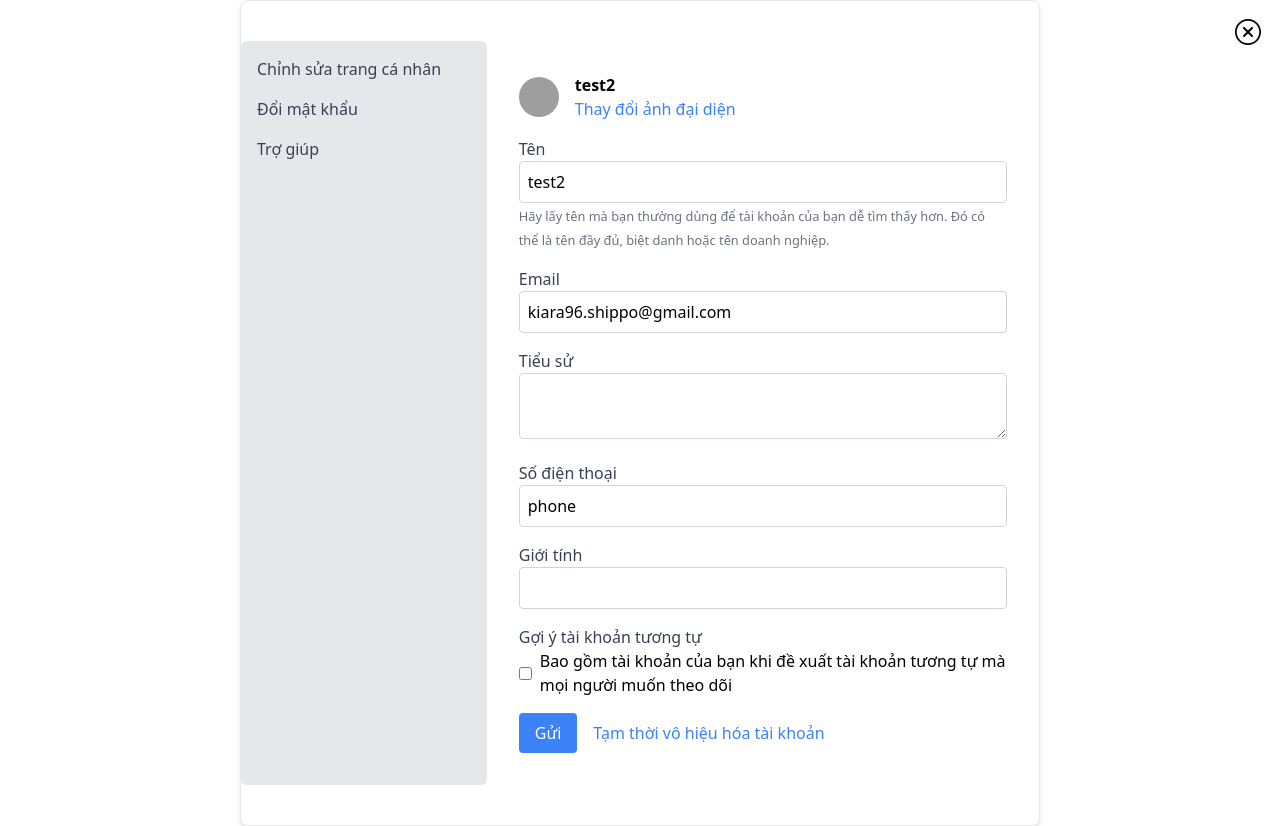
Repository: DangNgocDuong250903/2425_CS445AC_NHOM1
Page: /update_user (app in social_fe/)
The author's editor kept a copy of each file at every save. The page is drawn from the files as they stood at one save, then again after the next save.
The browser window is 1280 px wide. The pictures show the whole page.
Pictures or frames that could not be fetched are drawn as grey boxes. The project was rebuilt for these pictures with package versions that can differ from the ones it lists, and the page was loaded fresh each time. Also part of the build but not shown: social_fe/vite.config.js, social_fe/src/components/Button/index.jsx, social_fe/src/assets/index.js, social_fe/src/components/FriendCard/index.jsx, social_fe/src/components/Loading/index.jsx, social_fe/src/components/PostCard/index.jsx, social_fe/src/components/ProfileCard/index.jsx, social_fe/src/components/TextInput/index.jsx and 8 more.

Above is the page before, as saved 2024-11-05 11:03:07.

### social_fe/index.html
<!DOCTYPE html>
<html lang="en">
  <head>
    <meta charset="UTF-8" />
    <link rel="icon" type="image/svg+xml" href="/public/logo.svg" />
    <meta name="viewport" content="width=device-width, initial-scale=1.0" />
    <title>LinkVerse</title>
  </head>
  <body>
    <div id="root"></div>
    <script type="module" src="/src/main.jsx"></script>
  </body>
</html>

### social_fe/src/main.jsx
import { StrictMode } from "react";
import { createRoot } from "react-dom/client";
import App from "./App.jsx";
import "./index.css";
import { store } from "./redux/store.js";
import { Provider } from "react-redux";
import { BrowserRouter } from "react-router-dom";

createRoot(document.getElementById("root")).render(
  <StrictMode>
    <Provider store={store}>
      <BrowserRouter>
        <App />
      </BrowserRouter>
    </Provider>
  </StrictMode>,
);

### social_fe/src/App.jsx
import { Outlet, Navigate, Route, Routes, useLocation } from "react-router-dom";
import {
  Home,
  Profile,
  Register,
  Login,
  ResetPassword,
  NotFound,
} from "./pages";
import { useSelector } from "react-redux";
import UpdateUser from "./pages/ProfilePage/updateUser";

const Layout = () => {
  const { user } = useSelector((state) => state.user);
  const location = useLocation();

  return user?.token ? (
    <Outlet />
  ) : (
    <Navigate to="/login" state={{ from: location }} replace />
  );
};

function App() {
  const { theme } = useSelector((state) => state.theme);

  return (
    <div data-theme={theme} className="w-full min-h-[100vh]">
      <Routes>
        <Route element={<Layout />}>
          <Route path="/" element={<Home />} />
          <Route path="/profile" element={<Profile />} />
          <Route path="/update_user" element={<UpdateUser />} />


        </Route>

        <Route path="/register" element={<Register />} />
        <Route path="/login" element={<Login />} />
        <Route path="/reset-password" element={<ResetPassword />} />
        <Route path="*" element={<NotFound />} />
      </Routes>
    </div >
  );
}

export default App;

### social_fe/src/index.css
@tailwind base;
@tailwind components;
@tailwind utilities;

::-webkit-scrollbar {
    display: none;
     -ms-overflow-style: none;  /* IE and Edge */
    scrollbar-width: none;
  }

  .topbar{
  position: sticky;
  top: 0px;
  z-index: 49;
  }


  .dots-container {
    display: flex;
    align-items: center;
    justify-content: center;
    height: 100%;
    width: 100%;
    margin-bottom: 5px;
  }

  .dot {
    height: 12px;
    width: 12px;
    margin-right: 10px;
    border-radius: 10px;
    background-color: #fff;
    animation: pulse 1.5s infinite ease-in-out;
  }

  .dot:last-child {
    margin-right: 0;
  }

  .dot:nth-child(1) {
    animation-delay: -0.3s;
  }

  .dot:nth-child(2) {
    animation-delay: -0.1s;
  }

  .dot:nth-child(3) {
    animation-delay: 0.1s;
  }

  @keyframes pulse {
    0% {
      transform: scale(0.8);
      background-color: #b3d4fc;
      box-shadow: 0 0 0 0 rgba(178, 212, 252, 0.7);
    }

    50% {
      transform: scale(1.2);
      background-color: #4b79e4;
      box-shadow: 0 0 0 10px rgba(178, 212, 252, 0);
    }

    100% {
      transform: scale(0.8);
      background-color: #2584f8;
      box-shadow: 0 0 0 0 rgba(178, 212, 252, 0.7);
    }
  }

  @layer base {
    :root {
      --color-bg: 227 227 227;
      --color-primary: 255 255 255;
      --color-secondary:255 255 255;
      --color-ascent1: 0 0 0;
      --color-ascent2: 89 91 100;
      --color-blue: 6 90 216;
      --color-white: 255 255 255;

    }
    /* //15 23 42  21 30 49*/
    [data-theme="dark"] {
       --color-bg: 12 12 12;
       --color-primary: 31 31 31;
      --color-secondary: 47 45 48;
      --color-ascent1: 255 255 255;
      --color-ascent2: 164 161 162;
      --color-blue: 6 90 216;
      /* //16 176 255; */
      --color-white: 255 255 255;
    }
  }

### social_fe/src/redux/store.js
import { configureStore } from "@reduxjs/toolkit";

import { rootReducer } from "./reducer";

const store = configureStore({
  reducer: rootReducer,
});

const { dispatch } = store;

export { store, dispatch };

### social_fe/src/pages/index.js
import Home from "./HomePage";
import Login from "./LoginPage";
import NotFound from "./NotFoundPage";
import Profile from "./ProfilePage";
import Register from "./RegisterPage";
import ResetPassword from "./ResetPasswordPage";

export { Home, Login, NotFound, Profile, Register, ResetPassword };

### social_fe/src/pages/ProfilePage/updateUser.jsx
import React, { useState } from 'react';
import { Link, useNavigate } from 'react-router-dom';
import { IoIosCloseCircleOutline } from "react-icons/io";

const UpdateUser = () => {
    const [selectedLink, setSelectedLink] = useState(null);
    const navigate = useNavigate()
    const handleLinkClick = (linkIndex) => {
        setSelectedLink(linkIndex);
    };
    return (
        <div className="flex w-[800px] mx-auto pt-10 pb-10 border border-gray-200 shadow-md rounded-lg ">
            <IoIosCloseCircleOutline onClick={() => navigate("/")} className="absolute w-8 h-8 cursor-pointer top-4 right-4 hover:text-red-400 " />
            <div className="w-1/3 p-4 bg-gray-200 rounded-md">
                <ul className="flex flex-col">

                    <Link
                        href="#"
                        onClick={() => handleLinkClick(1)}
                        className={`mb-4 font-medium ${selectedLink === 1 ? 'text-blue-500' : 'text-gray-700'}`}
                    >
                        Chỉnh sửa trang cá nhân
                    </Link>


                    <Link
                        href="#"
                        onClick={() => handleLinkClick(2)}
                        className={`mb-4 font-medium ${selectedLink === 2 ? 'text-blue-500' : 'text-gray-700'}`}
                    >
                        Đổi mật khẩu
                    </Link>


                    <Link
                        href="#"
                        onClick={() => handleLinkClick(3)}
                        className={`mb-4 font-medium ${selectedLink === 3 ? 'text-blue-500' : 'text-gray-700'}`}
                    >
                        Trợ giúp
                    </Link>
                </ul>
            </div>
            <div className="w-3/4 p-8">
                <div className="flex items-center mb-4">
                    <img src="https://mighty.tools/mockmind-api/content/human/5.jpg" alt="User avatar" className="w-10 h-10 mr-4 rounded-full" />
                    <div>
                        <div className="font-bold">test2</div>
                        <a href="#" className="text-blue-500">Thay đổi ảnh đại diện</a>
                    </div>
                </div>
                <form>
                    <div className="mb-4">
                        <label className="block text-gray-700">Tên</label>
                        <input type="text" value="test2" className="w-full p-2 border border-gray-300 rounded" />
                        <small className="text-gray-500">Hãy lấy tên mà bạn thường dùng để tài khoản của bạn dễ tìm thấy hơn. Đó có thể là tên đầy đủ, biệt danh hoặc tên doanh nghiệp.</small>
                    </div>
                    <div className="mb-4">
                        <label className="block text-gray-700">Email</label>
                        <input type="email" value="kiara96.shippo@gmail.com" className="w-full p-2 border border-gray-300 rounded" />
                    </div>
                    <div className="mb-4">
                        <label className="block text-gray-700">Tiểu sử</label>
                        <textarea className="w-full p-2 border border-gray-300 rounded"></textarea>
                    </div>
                    <div className="mb-4">
                        <label className="block text-gray-700">Số điện thoại</label>
                        <input type="text" value="phone" className="w-full p-2 border border-gray-300 rounded" />
                    </div>
                    <div className="mb-4">
                        <label className="block text-gray-700">Giới tính</label>
                        <input type="text" className="w-full p-2 border border-gray-300 rounded" />
                    </div>
                    <div className="mb-4">
                        <label className="block text-gray-700">Gợi ý tài khoản tương tự</label>
                        <div className="flex items-center">
                            <input type="checkbox" className="mr-2" />
                            <span>Bao gồm tài khoản của bạn khi đề xuất tài khoản tương tự mà mọi người muốn theo dõi</span>
                        </div>
                    </div>
                    <div className="flex items-center">
                        <button type="submit" className="px-4 py-2 mr-4 text-white bg-blue-500 rounded">Gửi</button>
                        <button type="button" className="text-blue-500">Tạm thời vô hiệu hóa tài khoản</button>
                    </div>
                </form>
            </div>
        </div>
    );
};

export default UpdateUser;

### social_fe/src/redux/reducer.js
import { combineReducers } from "@reduxjs/toolkit";

import postSlice from "./Slices/postSlice";
import themeSlice from "./Slices/theme";
import userSlice from "./Slices/userSlice";

const rootReducer = combineReducers({
  user: userSlice,
  theme: themeSlice,
  posts: postSlice,
});

export { rootReducer };

### social_fe/src/redux/Slices/postSlice.js
import { createSlice } from "@reduxjs/toolkit";

const initialState = {
  posts: {},
};

const postSlice = createSlice({
  name: "post",
  initialState,
  reducers: {
    getPosts(state, action) {
      state.posts = action.payload;
    },
  },
});

export default postSlice.reducer;

export function SetPosts(post) {
  return (dispatch) => {
    dispatch(postSlice.actions.getPosts(post));
  };
}

### social_fe/src/redux/Slices/theme.js
import { createSlice } from "@reduxjs/toolkit";

const initialState = {
  theme: JSON.parse(window?.localStorage.getItem("theme")) ?? "dark",
};

const themeSlice = createSlice({
  name: "theme",
  initialState,
  reducers: {
    setTheme(state, action) {
      state.theme = action.payload;
      localStorage.setItem("theme", JSON.stringify(action.payload));
    },
  },
});

export default themeSlice.reducer;

export function SetTheme(value) {
  return (dispatch) => {
    dispatch(themeSlice.actions.setTheme(value));
  };
}

### social_fe/src/redux/Slices/userSlice.js
import { createSlice } from "@reduxjs/toolkit";

import { user } from "../../assets/data";

const initialState = {
  user: JSON.parse(window?.localStorage.getItem("user")) ?? user,
  edit: false,
};

const userSlice = createSlice({
  name: "user",
  initialState,
  reducers: {
    login(state, action) {
      state.user = action.payload;
      localStorage.setItem("user", JSON.stringify(action.payload));
    },
    logout(state) {
      state.user = null;
      localStorage?.removeItem("user");
    },
    updateProfile(state, action) {
      state.edit = action.payload;
    },
  },
});
export default userSlice.reducer;

export function UserLogin(user) {
  return (dispatch) => {
    dispatch(userSlice.actions.login(user));
  };
}

export function Logout() {
  return (dispatch) => {
    dispatch(userSlice.actions.logout());
  };
}

export function UpdateProfile(val) {
  return (dispatch) => {
    dispatch(userSlice.actions.updateProfile(val));
  };
}

### social_fe/tailwind.config.js
/** @type {import('tailwindcss').Config} */
export default {
  content: [
    "./index.html",
    "./src/**/*.{js,ts,jsx,tsx}",
  ],
  theme: {
    extend: {
      colors: {
        bgColor: "rgb(var(--color-bg) / <alpha-value>)",
        primary: "rgb(var(--color-primary) / <alpha-value>)",
        secondary: "rgb(var(--color-secondary) / <alpha-value>)",
        customBlue: "rgb(var(--color-blue) / <alpha-value>)",
        white: "rgb(var(--color-white) / <alpha-value>)",
        ascent: {
          1: "rgb(var(--color-ascent1) / <alpha-value>)",
          2: "rgb(var(--color-ascent2) / <alpha-value>)",
        },
      },
      screens: {
        sm: "640px",

        md: "768px",

        lg: "1024px",

        xl: "1280px",

        "2xl": "1536px",
      },
      extend: {
      },
    },
    plugins: [],
  }
}

Loaded but not shown: social_fe/src/assets/data.js (508 lines, source omitted)

After the next save:
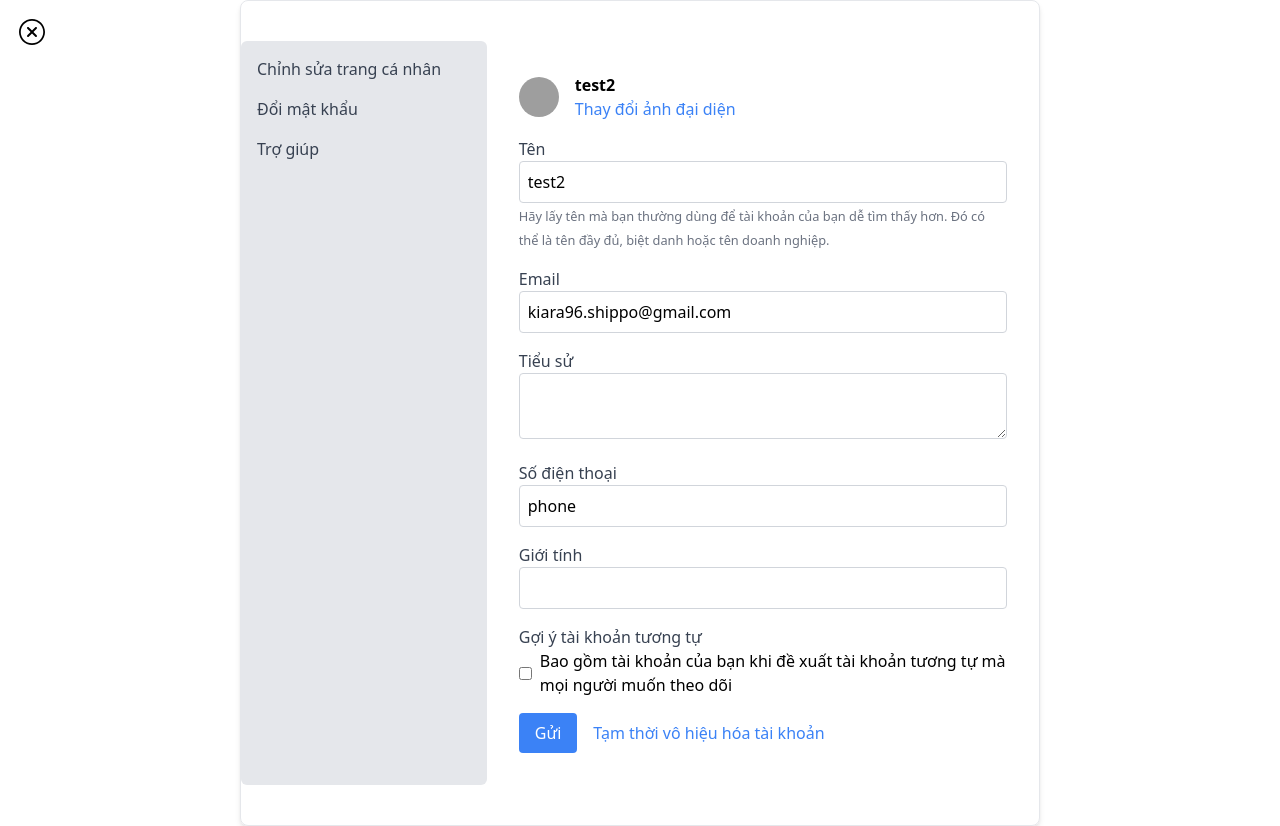
Saved 15 s later.
--- a/social_fe/src/pages/ProfilePage/updateUser.jsx
+++ b/social_fe/src/pages/ProfilePage/updateUser.jsx
@@ -10,7 +10,7 @@ const UpdateUser = () => {
     };
     return (
         <div className="flex w-[800px] mx-auto pt-10 pb-10 border border-gray-200 shadow-md rounded-lg ">
-            <IoIosCloseCircleOutline onClick={() => navigate("/")} className="absolute w-8 h-8 cursor-pointer top-4 right-4 hover:text-red-400 " />
+            <IoIosCloseCircleOutline onClick={() => navigate("/")} className="absolute w-8 h-8 cursor-pointer top-4 left-4 hover:text-red-400 " />
             <div className="w-1/3 p-4 bg-gray-200 rounded-md">
                 <ul className="flex flex-col">
 
